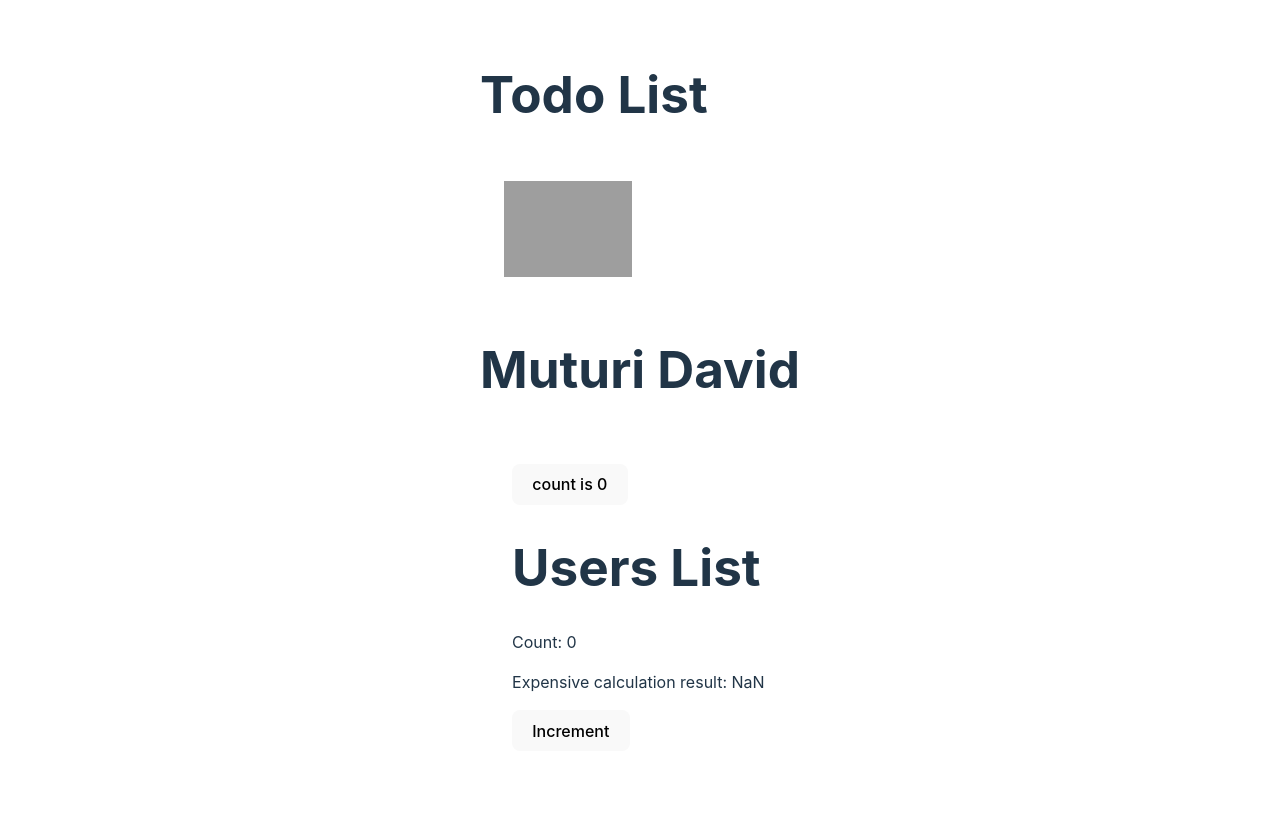
Repository: tushcmd/js-react-practice
Page: / (app in react/)
The author's editor kept a copy of each file at every save. The page is drawn from the files as they stood at one save, then again after the next save.
The browser window is 1280 px wide. The pictures show the whole page.
Pictures or frames that could not be fetched are drawn as grey boxes. The page's requests for data from a server got no answer. The project was rebuilt for these pictures with package versions that can differ from the ones it lists, and the page was loaded fresh each time. No one was signed in, and anything a server would have sent is missing. Also part of the build but not shown: react/vite.config.js.

Above is the page before, as saved 2024-07-10 08:57:35.

### react/src/App.jsx
import { useState } from 'react'
import reactLogo from './assets/react.svg'

import './App.css'
import UserList from './map'
import ExpensiveCalculation from './hooks'
import TodoList from './todoList'

function App() {
  const [count, setCount] = useState(0)


  return (
    <>
      <TodoList />
      <div>

        <a href="https://tushdev.co" target="_blank">
          <img src={reactLogo} className="logo react" alt="React logo" />
        </a>
      </div>
      <h1>Muturi David</h1>
      <div className="card">
        <button onClick={() => setCount((count) => count + 1)}>
          count is {count}
        </button>
        <UserList />
        <ExpensiveCalculation />

      </div>

    </>
  )
}

export default App

### react/src/index.css
:root {
  font-family: Inter, system-ui, Avenir, Helvetica, Arial, sans-serif;
  line-height: 1.5;
  font-weight: 400;

  color-scheme: light dark;
  color: rgba(255, 255, 255, 0.87);
  background-color: #242424;

  font-synthesis: none;
  text-rendering: optimizeLegibility;
  -webkit-font-smoothing: antialiased;
  -moz-osx-font-smoothing: grayscale;
}

a {
  font-weight: 500;
  color: #646cff;
  text-decoration: inherit;
}
a:hover {
  color: #535bf2;
}

body {
  margin: 0;
  display: flex;
  place-items: center;
  min-width: 320px;
  min-height: 100vh;
}

h1 {
  font-size: 3.2em;
  line-height: 1.1;
}
h1:hover {
  color: #535bf2;
}

button {
  border-radius: 8px;
  border: 1px solid transparent;
  padding: 0.6em 1.2em;
  font-size: 1em;
  font-weight: 500;
  font-family: inherit;
  background-color: #1a1a1a;
  cursor: pointer;
  transition: border-color 0.25s;
}
button:hover {
  border-color: #646cff;
}
button:focus,
button:focus-visible {
  outline: 4px auto -webkit-focus-ring-color;
}

@media (prefers-color-scheme: light) {
  :root {
    color: #213547;
    background-color: #ffffff;
  }
  a:hover {
    color: #747bff;
  }
  button {
    background-color: #f9f9f9;
  }
}

### react/src/map.jsx
import { useState, useEffect } from 'react'


const UserList = () => {
    const [users, setUsers] = useState([]);

    useEffect(() => {
        fetch('https://jsonplaceholder.typicode.com/users')
        .then(response => response.json()).then(data => setUsers(data));
    }, []);

    // for (let i = 1; i <= 100; i++) {
    //     if (i % 3 === 0 && i % 5 === 0 ) {
    //         console.log("FizzBuzz");
    //     } else if (i % 3 === 0) {
    //         console.log("Fizz");
    //     } else if (i % 5 === 0 ) {
    //         console.log("Buzz");
    //     } else {
    //         console.log(i);
    //     }

    // }

    const workers = [ 'ken', 'mike', 'jack', 'biko', 'sam', 'dave' ];

    for (const worker of workers) {
        console.log(worker)
    }


    return (
        <div>
            <h1>Users List</h1>
            <ul>
                {users.map(user => (
                    <li key={user.id}>{user.name} - {user.email}</li>
                ))}
            </ul>
        </div>
    )
}

export default UserList

### react/src/hooks.jsx



import { useState, useEffect, useMemo} from 'react'

const ExpensiveCalculation = ( number ) => {
    const [count, setCount] = useState(0);

    useEffect(() => {
        console.log('Component mounted or updated')
        return () => console.log('Component will unmount');
    }, []);

    const handleClick = () => {
      console.log('counting');
      setCount(count + 1);

    };

    // const calculate = useMemo(() => {

    // }, []);



    const expensiveResult = useMemo(() => {
        console.log('Calculting...');
        return number * 3;
    }, [number]);



  return (
    <div>
        <p>Count: {count}</p>
        <p>Expensive calculation result: {expensiveResult}</p>
        <button onClick={handleClick}>Increment</button>
    </div>
  )
}

export default ExpensiveCalculation;

### react/src/todoList.jsx
import { useState, useEffect } from 'react';

const TodoList = () => {
  const [todos, setTodos] = useState([]);

  useEffect(() => {
    fetch('https://jsonplaceholder.typicode.com/todos')
      .then(response => response.json())
      .then(data => setTodos(data.slice(0, 10))); // Limiting to 10 items for simplicity
  }, []);

  const toggleComplete = (id) => {
    setTodos(todos.map(todo =>
      todo.id === id ? { ...todo, completed: !todo.completed } : todo
    ));
  };

  const data = [
    { id: 1, name: 'Item 1', price: 10 },
    { id: 2, name: 'Item 2', price: 20 },
    { id: 3, name: 'Item 3', price: 30 },
    { id: 4, name: 'Item 4', price: 40 },
  ];

  // Filter: Get items with price > 20
  const expensiveItems = data.filter(item => item.price > 20);
  console.log('Expensive items:', expensiveItems);

  // Map: Get an array of item names
  const itemNames = data.map(item => item.name);
  console.log('Item names:', itemNames);

  // Reduce: Calculate total price
  const totalPrice = data.reduce((sum, item) => sum + item.price, 0);
  console.log('Total price:', totalPrice);

  return (
    <div>
      <h1>Todo List</h1>
      <ul>
        {todos.map(todo => (
          <p key={todo.id} style={{ textDecoration: todo.completed ? 'line-through' : 'none' }}>
            <input
              type="checkbox"
              checked={todo.completed}
              onChange={() => toggleComplete(todo.id)}
            />
            {todo.title}
          </p>
        ))}
      </ul>
    </div>
  );
};

export default TodoList;

### react/src/key.tsx
import React from "react";

const languages = [
    {
      id: 1,
      lang: "JavaScript",
    },
    {
      id: 2,
      lang: "TypeScript",
    },
    {
      id: 3,
      lang: "Python",
    },
  ];

  const Keys = () => {
    return (
      <div>
        <ul>{languages.map((language) => (
          <li key={language.lang}>{`${language.id}_${language.lang}`}</li>
        ))}
        </ul>
      </div>
    );
  }

  export default Keys;

Loaded but not shown: react/index.html (common file); react/src/main.jsx (common file); react/src/App.css (common file)

After the next save:
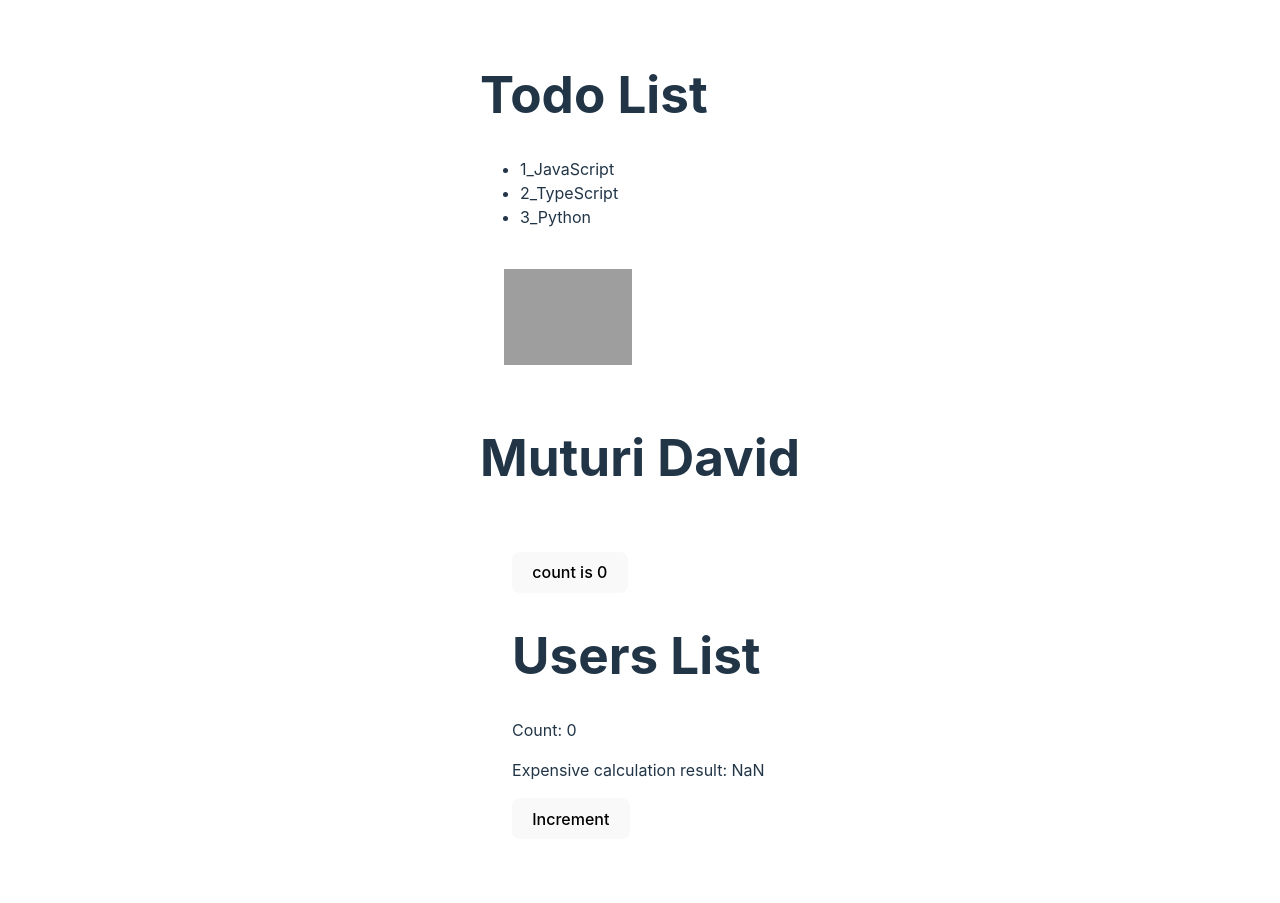
Saved 17 s later.
--- a/react/src/App.jsx
+++ b/react/src/App.jsx
@@ -5,6 +5,7 @@ import './App.css'
 import UserList from './map'
 import ExpensiveCalculation from './hooks'
 import TodoList from './todoList'
+import Keys from './key'
 
 function App() {
   const [count, setCount] = useState(0)
@@ -13,6 +14,7 @@ function App() {
   return (
     <>
       <TodoList />
+      <Keys />
       <div>
 
         <a href="https://tushdev.co" target="_blank">
